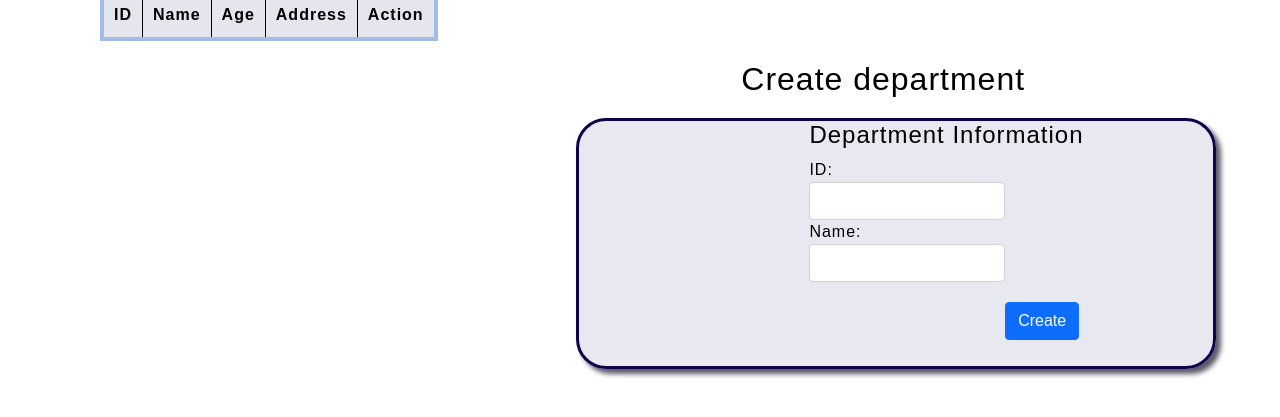
Repository: minhtuan16/JS-Basic
Page: CRUD-Department/userrr.html
An editor plug-in stored every save of this project. The page is shown before and after the next save, followed by the edit.
The browser window is 1280 px wide. The pictures show the whole page.

Above is the page before, as saved 2022-06-10 16:24:22.

### CRUD-Department/userrr.html
<!DOCTYPE html>
<html lang="en">
<head>
    <meta charset="UTF-8">
    <meta http-equiv="X-UA-Compatible" content="IE=edge">
    <meta name="viewport" content="width=device-width, initial-scale=1.0">
    <link rel="stylesheet" href="https://cdnjs.cloudflare.com/ajax/libs/font-awesome/4.7.0/css/font-awesome.min.css">
    <link href="https://cdn.jsdelivr.net/npm/bootstrap@5.1.3/dist/css/bootstrap.min.css" rel="stylesheet" integrity="sha384-1BmE4kWBq78iYhFldvKuhfTAU6auU8tT94WrHftjDbrCEXSU1oBoqyl2QvZ6jIW3" crossorigin="anonymous">
    <link rel="stylesheet" href="styles/style.css">
    <link rel="stylesheet" href="styles/search.css">
    <title>Department</title>
</head>
<body>

    <h2>Create department</h2>
    <!--create a form with the following fiels,email, password, first name, last name, age, address, phone, payment, color-->


    <form id="registerForm" class="container">
        <h4>Department Information</h4>
        <div class="control">
            <label>ID:</label>
            <input class="form-control" id="id" type="text" value="" />
        </div>

        <div class="control">
            <label>Name:</label>
            <input class="form-control" id="name" type="text" value="" />
        </div>

        <button type="button" class="btn btn-primary" id="btnSave" onclick="create()">Create</button>

        <button type="button" class="btn btn-primary" id="btnUpdate" onclick="update()" style="display: none;">Save</button>
    </form>

    <div class="search-container">
        <form >
            <input type="text" placeholder="Search..." id="inputt" value="">
            <button type="button" id="searchh" onclick="search()" ><i class="fa fa-search" style="width: 30px;"></i>Tìm</button>
        </form>
    </div>

    <table border="1px">

        <tr>
            <td>ID</td>
            <td>Name</td>
            <td>Age</td>
            <td>Address</td>
            <td>Action</td>
        </tr>

        <tbody id="tableBody">

        </tbody>
    </table>
    <script src="scripts/create.js"></script>
</body>
</html>

### CRUD-Department/styles/style.css
/* Global */
.control{
    width: 50%;
}
.error{
    border: 2px solid red;
}
html{
    font-family: Verdana, Geneva, Tahoma, sans-serif;
    letter-spacing: 1px;
}
h2{
    text-align: center;
}
body{
    /* background-color: #141E61; */
    color: #000000;
}
/* Nav */
a {
    display: inline-block;
    text-decoration: none;
    color: black;
    padding: 5px;
    background-color: #9498a3;
    vertical-align: middle;
    -webkit-transform: perspective(1px) translateZ(0);
    transform: perspective(1px) translateZ(0);
    box-shadow: 0 0 1px rgba(0, 0, 0, 0);
    position: relative;
}

a:before {
    content: '';
    position: absolute;
    border: #e1e1e1 solid 4px;
    top: 0;
    right: 0;
    bottom: 0;
    left: 0;
    -webkit-transition-duration: 0.3s;
    transition-duration: 0.3s;
    -webkit-transition-property: top, right, bottom, left;
    transition-property: top, right, bottom, left;
}

a:hover:before,
a:focus:before,
.a:active:before {
    top: -8px;
    right: -8px;
    bottom: -8px;
    left: -8px;
}

/* Index */
#sign-in {
    border: #0F044C solid 3px;
    background-color: #1225ee34;
    box-shadow: 5px 5px 5px #0F044C;
    padding-left: 20%;
    padding-bottom: 20%;
    width: 20rem;
    margin-left: 20%;
    border-radius: 30px;
}

/* Register */
.nav-btn {
    margin-left: 20px;
    margin-top: 20px
}

h2 {
    margin-left: 38%;
    margin-top: 60px;
}

#registerForm {
    border: #0F044C solid 3px;
    background-color: #8f92b434;
    box-shadow: 5px 5px 5px #5c5a68;
    padding-left: 18%;
    padding-bottom: 2%;
    width: 50%;
    margin-left: 45%;
    border-radius: 30px;
    margin-top: 20px;
}

#btnSave {
    margin-left: 50%;
    margin-top: 20px;
}

#btnShow {
    margin-left: -80%;
    margin-top: 20px;
}

#btnUpdate {
    margin-left: 50%;
    margin-top: 20px;
}

/* Users */
table {
    border: #a0bce7 4px solid;
    background-color: #8184a734;
    /* margin-top: 50px;
    margin-left: 500px; */
    margin-top: -380px;
    margin-left: 100px;
}

/* h1 {
    margin-top: -450px;
} */
table form input {
    margin-left: 100px;
}

table td {
    border: #000000 1px solid;
    text-align: center;
    font-weight: 900;
    padding: 10px;
}

td {
    font-weight: 100;
    border: #e1e1e1 solid 1px;
    padding: 5px;
}

### CRUD-Department/styles/search.css
* {box-sizing: border-box;}

body {
  margin: 0;
  font-family: Arial, Helvetica, sans-serif;
}

.search-container {
    float: left;
}
.search-container input[type=text] {
    padding: 10px;
    font-size: 17px;
    border: 1px solid grey;
    float: left;
    width: 70%;
    background: #f1f1f1;
}

.search-container button {
    float: left;
    width: 30%;
    padding: 10px;
    background: #2196F3;
    color: white;
    font-size: 17px;
    border: 1px solid grey;
    border-left: none;
    cursor: pointer;
}

.topnav .search-container button:hover {
  background: #ccc;
}

@media screen and (max-width: 600px) {
  .topnav .search-container {
    float: none;
  }
  .topnav a, .topnav input[type=text], .topnav .search-container button {
    float: none;
    display: block;
    text-align: left;
    width: 100%;
    margin: 0;
    padding: 14px;
  }
  .topnav input[type=text] {
    border: 1px solid #ccc;
  }
}

.search-container {
    margin-left: 130px;
    margin-top: -430px;
}

### CRUD-Department/scripts/create.js

var data = [
    {id: 1, name: "xyz1", age: 18, address: "hn"},
    {id: 2, name: "xyz2", age: 20, address: "hn"},
    {id: 3, name: "xyz3", age: 21, address: "hn"}
]

function drawTable(person) {
    var table = document.createElement("table");
    var tr = document.createElement("tr");
    var tdid = document.createElement("td");
    var tdName = document.createElement("td");
    var tdAge = document.createElement("td");
    var tdAddress = document.createElement("td");
    var tdOption = document.createElement("td");

    var editBtn = document.createElement("button");
    var deleteBtn = document.createElement("button");

    editBtn.innerText = 'Edit';
    deleteBtn.innerText = 'Delete';

    tdOption.appendChild(editBtn);
    tdOption.appendChild(deleteBtn);

    //bat su kien edit
    editBtn.onclick = function() {
        editPerson(person.id);
    }

    //bat su kien edit
    deleteBtn.onclick = function() {
        deletePerson(person.id);
    }

    tdid.innerHTML = person.id;
    tdName.innerHTML = person.name;
    tdAge.innerHTML = person.age;
    tdAddress.innerHTML = person.address;

    tr.appendChild(tdid);
    tr.appendChild(tdName);
    tr.appendChild(tdAge);
    tr.appendChild(tdAddress);
    tr.appendChild(tdOption)

    var tableBody = document.getElementById("tableBody");
    tableBody.appendChild(tr);
}

function resetDrawTable(persons) {
    var tableBody = document.getElementById("tableBody");
    tableBody.innerHTML = "";

    for (var i = 0; i < persons.length; i++) {
        drawTable(persons[i]);
    }
}

// resetDrawTable(data)
function create() {

    var id = document.getElementById("id").value;
    var name = document.getElementById("name").value;
    var age = document.getElementById("age").value;
    var address = document.getElementById("address").value;

    if (id.length > 0 && name.length > 0 && age.length > 0 && address.length > 0) {
        var p = {id: id, name: name, age: age, address: address};

        data.push(p);

        resetDrawTable(data);

        alert('Create Success');

        document.getElementById("id").value = "";
        document.getElementById("name").value = "";
        document.getElementById("age").value = "";
        document.getElementById("address").value = "";

    } else {
        alert('Dien day du thong tin');
    }
}

function editPerson(id) {
    var index = data.findIndex(x => x.id == id);
    let person = data[index];

    var idIp = document.getElementById("id");
    var nameIp = document.getElementById("name");
    var ageIp = document.getElementById("age");
    var addressIp = document.getElementById("address");

    idIp.value = person.id;
    nameIp.value = person.name;
    ageIp.value = person.age;
    addressIp.value = person.address;

    document.getElementById("btnUpdate").style.display = 'block';
    document.getElementById("btnSave").style.display = 'none';
}

function update() {
    var idIp = document.getElementById("id");
    var nameIp = document.getElementById("name");
    var ageIp = document.getElementById("age");
    var addressIp = document.getElementById("address");

    var id = idIp.value;
    var name = nameIp.value;
    var age = ageIp.value;
    var address = addressIp.value;

    var index = data.findIndex(x => x.id == id);

    if (id.length > 0 && name.length > 0 && age.length > 0 && address.length > 0) {
        data[index] = {id: id, name: name, age: age, address: address};

        resetDrawTable(data);
        alert('Update Success');

        idIp.value = "";
        nameIp.value = "";
        ageIp.value = "";
        addressIp.value = "";

    } else {
        alert('Dien day du thong tin');
    }

    document.getElementById("btnUpdate").style.display = 'none';
    document.getElementById("btnSave").style.display = 'block';
}

function deletePerson(id) {
    var newData = data.filter(x => x.id != id);

    data = newData;

    resetDrawTable(data);
}

function search() {
    var input = document.getElementById("inputt").value;

        if (input.length == null) {

            console.log(data)
            resetDrawTable(data)
        } else if (input.length > 0) {
            var index = data.filter( x => x.name == input );

            data = index;
            // data[index] = {id: id, name: name, age: age, address: address};
            resetDrawTable(data)

        }
}

After the next save:
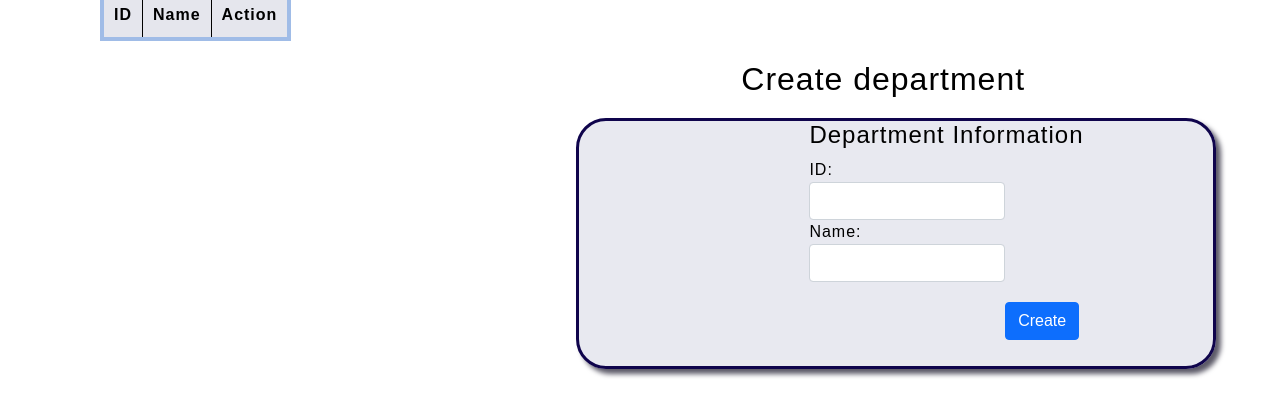
Saved 1 s later.
--- a/CRUD-Department/userrr.html
+++ b/CRUD-Department/userrr.html
@@ -45,8 +45,6 @@
         <tr>
             <td>ID</td>
             <td>Name</td>
-            <td>Age</td>
-            <td>Address</td>
             <td>Action</td>
         </tr>
 
